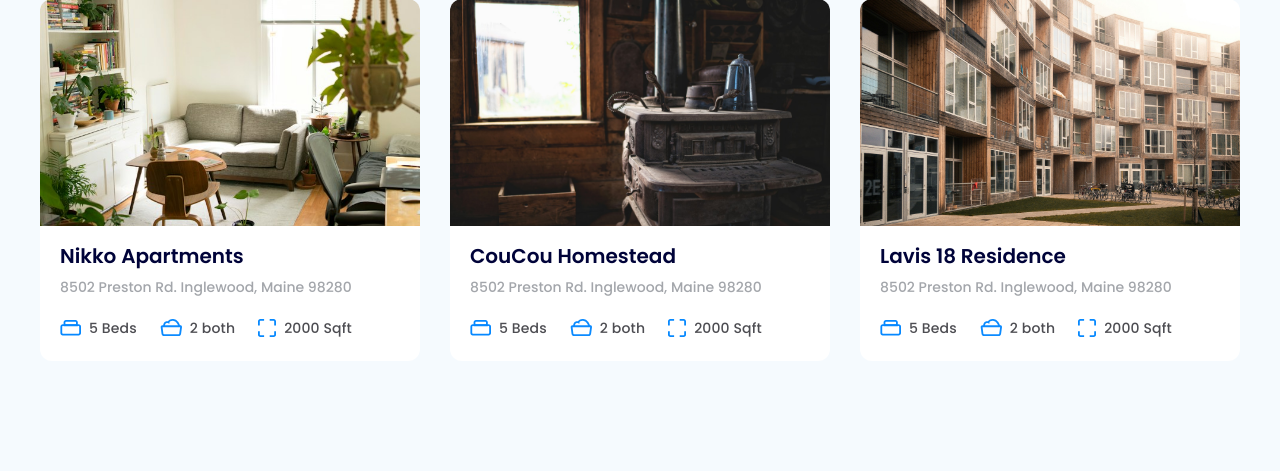
Repository: Tibi2003/f8-htmlcss-01
Page: index.html
The author's editor kept a copy of each file at every save. The page is drawn from the files as they stood at one save, then again after the next save.
The browser window is 1280 px wide. The pictures show the part of the page from y = 2292 to 3244 px (the page is 2763 px tall before and 3244 px after).
A picture or video elsewhere on the page could not be fetched, so the positions and the page height are approximate.

Above is the page before, as saved 2024-02-24 14:12:47.

### index.html
<!DOCTYPE html>
<html lang="en">
	<head>
		<meta charset="UTF-8" />
		<meta name="viewport" content="width=device-width, initial-scale=1.0" />
		<title>F8 Project 01</title>
		<link rel="stylesheet" href="./assets/css/reset.css" />
		<link rel="preconnect" href="https://fonts.googleapis.com" />
		<link rel="preconnect" href="https://fonts.gstatic.com" crossorigin />
		<link
			href="https://fonts.googleapis.com/css2?family=Poppins:wght@400;500;600;700&display=swap"
			rel="stylesheet" />
		<!-- <link rel="stylesheet" href="./assets/fonts/stylesheet.css" /> -->
		<link rel="stylesheet" href="./assets/css/styles.css" />
	</head>
	<body>
		<main>
			<!-- Header -->
			<header class="header">
				<div class="content">
					<nav class="navbar">
						<!-- Logo -->
						<img src="./assets/img/logo.svg" alt="Besnik." />
						<!-- Navigation -->
						<ul>
							<li><a href="#!">Home</a></li>
							<li><a href="#!">Features</a></li>
							<li><a href="#!">Services</a></li>
							<li><a href="#!">Resources</a></li>
							<li><a href="#!">Contact</a></li>
						</ul>
						<!-- Action -->
						<div class="actions">
							<a href="#!" class="action-link">Sign in</a>
							<a href="#!" class="btn action-btn">Sign up</a>
						</div>
					</nav>

					<div class="hero">
						<div class="info">
							<p class="sub-title">Welcome to Besnik Agency</p>
							<h1 class="title">
								Discover a place you'll love to live.
							</h1>
							<p class="desc">
								Get the best real estate deals first, before
								they hit the mass market! HOT FORECLOSURE DEALS
								with one simple search.
							</p>
							<!-- Call to action -->
							<a href="" class="btn hero-cta">More About Us</a>
						</div>

						<img
							src="./assets/img/hero-img.svg"
							alt="Discover a place you'll love to live."
							class="hero-img" />
					</div>
				</div>
			</header>

			<!-- Clients -->
			<div class="clients">
				<div class="content">
					<div class="row">
						<!-- Logo -->
						<img src="./assets/img/logo.svg" alt="Besnik." />

						<!-- Stars -->
						<div class="stars">
							<img src="./assets/img/star.svg" alt="Star" />
							<img src="./assets/img/star.svg" alt="Star" />
							<img src="./assets/img/star.svg" alt="Star" />
							<img src="./assets/img/star.svg" alt="Star" />
							<img src="./assets/img/star.svg" alt="Star" />
						</div>
					</div>
					<div class="row row-desc">
						<p class="desc">
							More than 45,000+ companies trust besnik
						</p>
						<p class="desc">5 Star Ratings (2k+ Review)</p>
					</div>
					<div class="images">
						<img src="./assets/img/client-1.svg" alt="MeUndies" />
						<img src="./assets/img/client-2.svg" alt="slack" />
						<img src="./assets/img/client-3.svg" alt="amazon" />
						<img
							src="./assets/img/client-4.svg"
							alt="WOOCOMMERCE" />
						<img src="./assets/img/client-5.svg" alt="sitepoint" />
					</div>
				</div>
			</div>

			<!-- Guides -->
			<div class="guides">
				<div class="content">
					<h2 class="sub-title">How its works?</h2>
					<p class="desc">
						Everything you need to know when you're looking to buy,
						rent, or sell - all in one place.
					</p>

					<!-- List guide -->
					<ul class="list-guide">
						<li class="guide-item">
							<img
								src="./assets/img/buyer.svg"
								alt="Buyer"
								class="icon" />
							<h3 class="title">Buyer Guides</h3>
							<a href="#!" class="link"
								><span>How to buy</span>
								<img
									src="./assets/img/arrow-right.svg"
									alt="Arrow right"
									class="arrow" />
							</a>
						</li>
						<li class="guide-item">
							<img
								src="./assets/img/renter.svg"
								alt="Renter"
								class="icon" />
							<h3 class="title">Renter Guides</h3>
							<a href="#!" class="link"
								><span>How to rent</span>
								<img
									src="./assets/img/arrow-right.svg"
									alt="Arrow right"
									class="arrow" />
							</a>
						</li>
						<li class="guide-item">
							<img
								src="./assets/img/seller.svg"
								alt="Seller"
								class="icon" />
							<h3 class="title">Seller Guides</h3>
							<a href="#!" class="link"
								><span>How to sell</span>
								<img
									src="./assets/img/arrow-right.svg"
									alt="Arrow right"
									class="arrow" />
							</a>
						</li>
					</ul>

					<div class="guide-cta">
						<a href="#!" class="btn">Sell Full Guidelines</a>
					</div>
				</div>
			</div>

			<!-- Featured -->
			<div class="featured">
				<div class="content">
					<header>
						<h2 class="sub-title">Featured Properties</h2>
						<div class="row">
							<p class="desc">
								Everything you need to know when you're looking
							</p>
							<a href="" class="link"
								><span> View All Properties </span>
								<img
									src="./assets/img/arrow-right.svg"
									alt="Arrow right"
									class="arrow" />
							</a>
						</div>
					</header>

					<div class="list">
						<!-- Featured item 1 -->
						<div class="item">
							<a href="#!">
								<img
									src="./assets/img/featured-1.jpg"
									alt="Nikko Apartments"
									class="thumb" />
							</a>
							<div class="body">
								<h3 class="title">
									<a href="#!">Nikko Apartments</a>
								</h3>
								<p class="desc">
									8502 Preston Rd. Inglewood, Maine 98280
								</p>
								<div class="info">
									<img
										src="./assets/img/beds.svg"
										alt=""
										class="icon" />
									<span class="label">5 Beds</span>

									<img
										src="./assets/img/both.svg"
										alt=""
										class="icon" />
									<span class="label">2 both</span>

									<img
										src="./assets/img/sqft.svg"
										alt=""
										class="icon" />
									<span class="label">2000 Sqft</span>
								</div>
							</div>
						</div>

						<!-- Featured item 2 -->
						<div class="item">
							<a href="#!">
								<img
									src="./assets/img/featured-2.jpg"
									alt="Nikko Apartments"
									class="thumb" />
							</a>
							<div class="body">
								<h3 class="title">
									<a href="#!">CouCou Homestead</a>
								</h3>
								<p class="desc">
									8502 Preston Rd. Inglewood, Maine 98280
								</p>
								<div class="info">
									<img
										src="./assets/img/beds.svg"
										alt=""
										class="icon" />
									<span class="label">5 Beds</span>

									<img
										src="./assets/img/both.svg"
										alt=""
										class="icon" />
									<span class="label">2 both</span>

									<img
										src="./assets/img/sqft.svg"
										alt=""
										class="icon" />
									<span class="label">2000 Sqft</span>
								</div>
							</div>
						</div>

						<!-- Featured item 3 -->
						<div class="item">
							<a href="#!">
								<img
									src="./assets/img/featured-3.jpg"
									alt="Nikko Apartments"
									class="thumb" />
							</a>
							<div class="body">
								<h3 class="title">
									<a href="#!">Lavis 18 Residence</a>
								</h3>
								<p class="desc">
									8502 Preston Rd. Inglewood, Maine 98280
								</p>
								<div class="info">
									<img
										src="./assets/img/beds.svg"
										alt=""
										class="icon" />
									<span class="label">5 Beds</span>

									<img
										src="./assets/img/both.svg"
										alt=""
										class="icon" />
									<span class="label">2 both</span>

									<img
										src="./assets/img/sqft.svg"
										alt=""
										class="icon" />
									<span class="label">2000 Sqft</span>
								</div>
							</div>
						</div>
					</div>
				</div>
			</div>
		</main>
	</body>
</html>

### assets/css/styles.css
* {
	box-sizing: border-box;
}

:root {
	--primary-color: #0f1b4c;
}

html {
	font-size: 62.5%;
}

body {
	font-size: 1.6rem;
	font-family: "Poppins", sans-serif;
}

/* Common */
a {
	text-decoration: none;
}

.btn {
	display: inline-block;
	min-width: 98px;
	padding: 18px 16px;
	border-radius: 12px;
	background: var(--primary-color);
	font-size: 1.4rem;
	font-weight: 500;
	text-align: center;
	color: #ffffff;
}

.btn:hover {
	opacity: 0.9;
}

.content {
	width: 1200px;
	max-width: calc(100% - 48px);
	margin-left: auto;
	margin-right: auto;
}

/* Header */
.header {
	position: relative;
	background: #e6f0ff;
	height: 100vh;
}

.navbar {
	display: flex;
	align-items: center;
	padding-top: 38px;
}

.navbar ul {
	display: flex;
	margin-left: 50px;
}

.navbar .actions {
	margin-left: auto;
}

.navbar ul a {
	font-size: 1.4rem;
	font-weight: 500;
	color: #4f5361;
	padding: 8px 14px;
}

.navbar ul a:hover {
	text-decoration: underline;
}

.navbar .action-link {
	font-weight: 500;
	font-size: 1.4rem;
	color: var(--primary-color);
}

.navbar .action-btn {
	padding: 13px 16px;
	margin-left: 18px;
	border-radius: 8px;
}

.hero {
	margin-top: 130px;
}

.hero .info {
	width: 51%;
}

.hero .sub-title {
	font-size: 1.8rem;
	font-weight: 500;
	line-height: 1.5;
	letter-spacing: 0.01em;
	color: #687690;
}

.hero .title {
	margin-top: 8px;
	font-size: 6.4rem;
	font-weight: 700;
	line-height: 1.19;
	color: #000336;
}

.hero .desc {
	margin-top: 30px;
	font-size: 1.8rem;
	font-weight: 400;
	line-height: 1.78;
	color: #5a6473;
}

.hero-cta {
	min-width: 170px;
	margin-top: 40px;
}

.hero-img {
	position: absolute;
	right: 65px;
	bottom: 0;
}

/* Clients */
.clients {
	margin-top: 79px;
	padding: 43px 0 64px;
}

.clients .row {
	display: flex;
	justify-content: space-between;
}

.clients .desc {
	font-size: 1.6rem;
	font-weight: 500;
	line-height: 1.25;
	color: #7d8589;
}

.clients .row-desc {
	margin-top: 23px;
}

.clients .images {
	display: flex;
	justify-content: space-between;
	align-items: center;
	margin-top: 96px;
}

/* Guides */
.guides {
	margin-top: 40px;
	padding: 93px 0 79px;
}

.guides .sub-title {
	position: relative;
	font-size: 3.5rem;
	font-weight: 600;
	line-height: 1;
	text-align: center;
	color: #000339;
}

.guides .sub-title::before {
	position: absolute;
	top: -10px;
	left: 50%;
	transform: translateX(-50%);
	content: "";
	display: inline-block;
	width: 41px;
	height: 4px;
	border-radius: 12px;
	background: #000339;
}

.guides .desc {
	width: 459px;
	max-width: 100%;
	margin: 20px auto 0;
	font-size: 1.6rem;
	font-weight: 400;
	line-height: 1.88;
	text-align: center;
	color: #5a6473;
}

.list-guide {
	display: flex;
	justify-content: center;
	margin-top: 70px;
}

.guide-item {
	margin: 0 70px;
	text-align: center;
}

.guide-item .title {
	margin-top: 26px;
	font-size: 2rem;
	font-weight: 500;
	line-height: 1.1;
	color: #3b3c45;
}

.guide-item .link {
	display: inline-block;
	margin-top: 10px;
	font-size: 1.4rem;
	font-weight: 600;
	color: #0689ff;
}

.guide-item .arrow {
	margin-left: 6px;
}

.guide-cta {
	display: flex;
	justify-content: center;
	margin-top: 50px;
}

.guide-cta .btn {
	min-width: 170px;
}

/* Featured */
.featured {
	margin-top: 41px;
	padding: 110px 0;
	background: #f5fafe;
}

.featured .sub-title {
	font-size: 3.5rem;
	font-weight: 600;
	line-height: 1;
	color: #000339;
}

.featured .row {
	display: flex;
	justify-content: space-between;
	margin-top: 15px;
}

.featured .desc {
	font-size: 1.6rem;
	font-weight: 400;
	line-height: 1.88;
	color: #5a6473;
}

.featured .link {
	display: flex;
	align-items: center;
	font-size: 1.8rem;
	font-weight: 600;
	color: #0689ff;
}

.featured .link .arrow {
	margin-left: 8px;
}

.featured .list {
	display: flex;
	gap: 30px;
	margin-top: 70px;
}

.featured .item {
	flex: 1;
	background: #fff;
	border-radius: 12px;
}

.featured .item .thumb {
	width: 100%;
	height: 227px;
	object-fit: cover;
	border-top-left-radius: 12px;
	border-top-right-radius: 12px;
}

.featured .item .body {
	padding: 17px 20px 24px;
}

.featured .item .title a {
	font-size: 2rem;
	font-weight: 600;
	line-height: 1;
	color: #000339;
}

.featured .item .desc {
	margin-top: 11px;
	font-size: 1.4rem;
	font-weight: 500;
	line-height: 1.5;
	color: #a3a6ab;
}

.featured .item .info {
	display: flex;
	align-items: center;
	margin-top: 21px;
}

.featured .item .icon {
	margin-left: 23px;
}

.featured .item .icon:first-child {
	margin-left: 0;
}

.featured .item .label {
	margin-left: 8px;
	font-size: 1.4rem;
	font-weight: 500;
	letter-spacing: 0.01em;
	color: #4d4d52;
}

Loaded but not shown: assets/css/reset.css (common file)

After the next save:
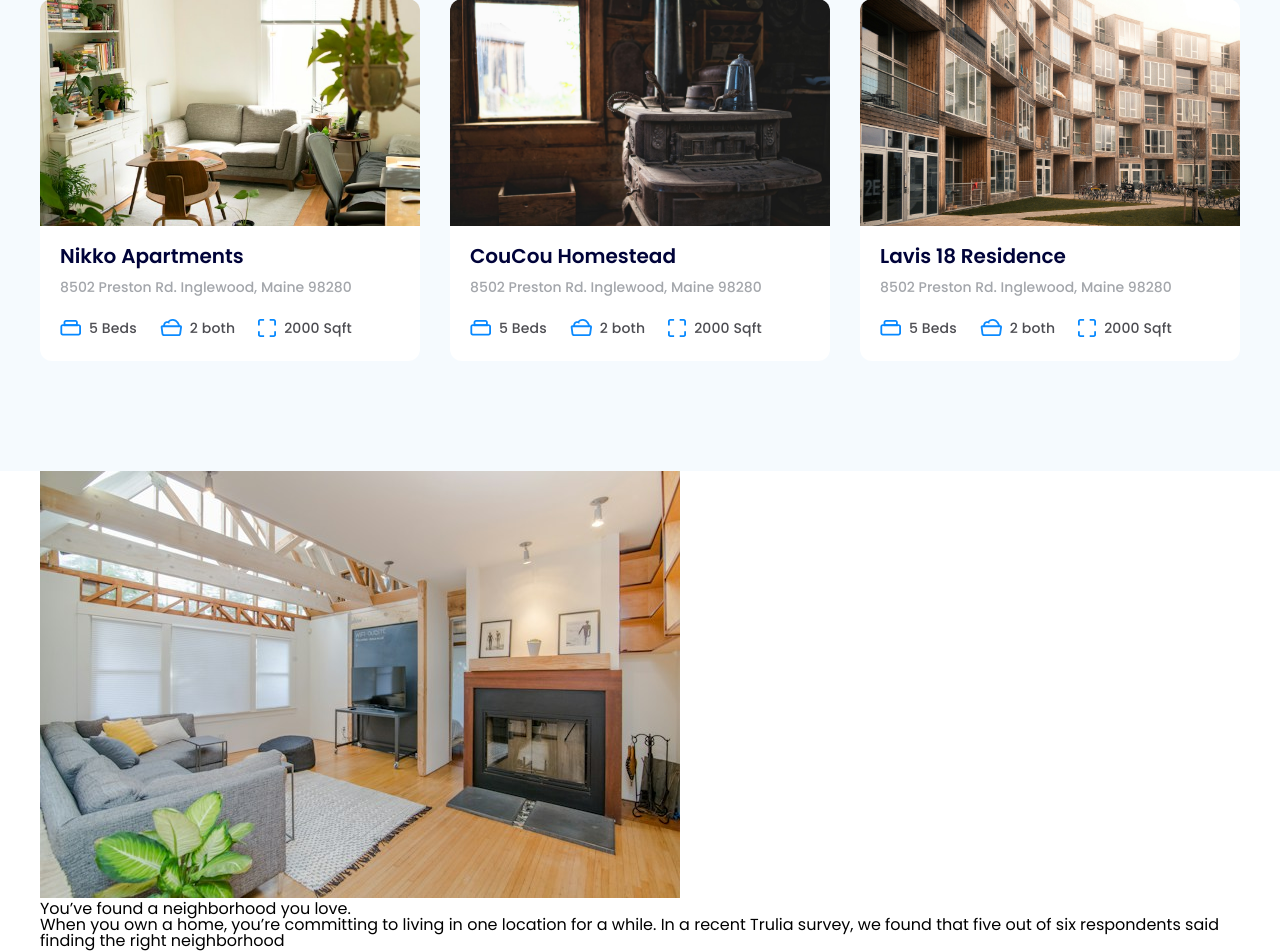
Saved 7 min 47 s later.
--- a/index.html
+++ b/index.html
@@ -287,6 +287,30 @@
 					</div>
 				</div>
 			</div>
+
+			<!-- Stats -->
+			<div class="stats">
+				<div class="content">
+					<div class="row">
+						<div class="img-block">
+							<img
+								src="./assets/img/stats-img.jpg"
+								alt="You’ve found a neighborhood you love." />
+						</div>
+						<div class="info">
+							<h2 class="sub-title">
+								You’ve found a neighborhood you love.
+							</h2>
+							<p class="desc">
+								When you own a home, you’re committing to living
+								in one location for a while. In a recent Trulia
+								survey, we found that five out of six
+								respondents said finding the right neighborhood
+							</p>
+						</div>
+					</div>
+				</div>
+			</div>
 		</main>
 	</body>
 </html>
